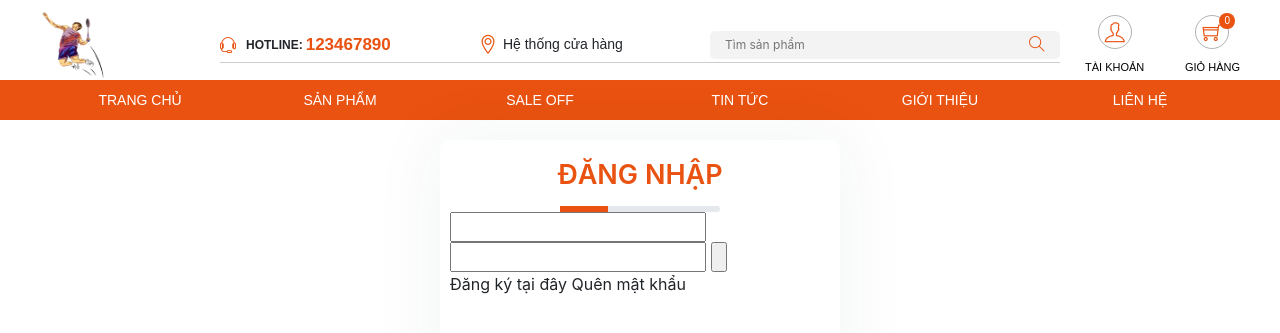
Repository: Namtran3107/CauLongSo1
Page: login.html
An editor plug-in stored every save of this project. The page is shown before and after the next save, followed by the edit.
The browser window is 1280 px wide. The pictures show the whole page.

Above is the page before, as saved 2022-12-11 14:16:17.

### login.html
<!DOCTYPE html>
<html lang="en">
<head>
    <meta charset="UTF-8">
    <meta http-equiv="X-UA-Compatible" content="IE=edge">
    <meta name="viewport" content="width=device-width, initial-scale=1.0">
    <link rel="stylesheet" href="./index.css">
    <link rel="stylesheet" href="./login.css">
    <link rel="stylesheet" href="./themify-icons-font/themify-icons/themify-icons.css">
    <link rel="stylesheet" href="https://stackpath.bootstrapcdn.com/bootstrap/4.3.1/css/bootstrap.min.css" integrity="sha384-ggOyR0iXCbMQv3Xipma34MD+dH/1fQ784/j6cY/iJTQUOhcWr7x9JvoRxT2MZw1T" crossorigin="anonymous">
    <title>Cau Long So 1</title>
</head>
<body>
    <div id="body-all-website">
        <div id="body-width-all">
            <div id="header-website-top">
                <div class="header-website">
                    <div class="header-logo-and-account-all">
                        <a href="" class="header-logo-website">
                            <img src="./img/pngtree-badminton-fitness-little-boy-image_1289549.png" alt="" class="header-logo">
                        </a>
                        <div class="header-phone-location-search">
                            <div class="header-phone-location-search-list">
                                <div class="header-phone-number">
                                    <div class="header-logo-number"><div class="ti-headphone-alt"></div></div>
                                    <div class="header-content-phone-number">HOTLINE: </div>
                                    <div class="header-phone-number-item">123467890</div>
                                </div>
                                <div class="header-location-store">
                                    <div class="header-logo-location"><div class="ti-location-pin"></div></div>
                                    <div class="header-content-location">Hệ thống cửa hàng</div>
                                </div>
                                <div class="header-search-product">
                                    <input type="text" name="" id="" class="header-input-search" placeholder="Tìm sản phẩm">
                                    <a href="" class="header-logo-search"><div class="ti-search"></div></a>
                                    <div class="header-input-history-all">
                                        <div class="header-input-history-list">
                                            <div class="header-input-history-content">
                                                <div class="header-input-history-name-content">Tìm kiếm gần đây</div>
                                            </div>
                                            <div class="header-input-history-item">
                                                <a href="" class="input-history-img"><img src="./img/history.PNG" alt=""></a>
                                                <div class="input-history-name-procduc-and-price">
                                                    <a href="" class="input-history-name-procduc"><div>Giày cầu lông trẻ em Kumpoo KH-F07J xanh chính hãng</div></a>
                                                    <div class="input-history-product-price">690.000 ₫</div>
                                                </div>
                                                <a href="" class="input-history-delete"><div class="ti-close"></div></a>
                                            </div>
                                            <div class="header-input-history-item">
                                                <a href="" class="input-history-img"><img src="./img/history.PNG" alt=""></a>
                                                <div class="input-history-name-procduc-and-price">
                                                    <a href="" class="input-history-name-procduc"><div>Giày cầu lông trẻ em Kumpoo KH-F07J xanh chính hãng</div></a>
                                                    <div class="input-history-product-price">690.000 ₫</div>
                                                </div>
                                                <a href="" class="input-history-delete"><div class="ti-close"></div></a>
                                            </div>
                                            <div class="header-input-history-item">
                                                <a href="" class="input-history-img"><img src="./img/history.PNG" alt=""></a>
                                                <div class="input-history-name-procduc-and-price">
                                                    <a href="" class="input-history-name-procduc"><div>Giày cầu lông trẻ em Kumpoo KH-F07J xanh chính hãng</div></a>
                                                    <div class="input-history-product-price">690.000 ₫</div>
                                                </div>
                                                <a href="https://www.facebook.com/" class="input-history-delete"><div class="ti-close"></div></a>
                                            </div>
                                        </div>
                                    </div>
                                </div>
                            </div>
                        </div>
                        <div class="header-account-website">
                            <div class="account-header-list">
                                <div class="account-website">
                                    <div class="logo-account-website">
                                        <div class="ti-user"></div>
                                        <div class="content-account-website content-account-website-color">TÀI KHOẢN</div>
                                        <div class="account-login-and-register">
                                            <a href="" class="account-login-register-list">
                                                <div class="account-login-register-logo"><div class="ti-share"></div></div>
                                                <div class="ccount-login-register-content">Đăng nhập</div>
                                            </a>
                                            <a href="" class="account-login-register-list">
                                                <div class="account-login-register-logo"><div class="ti-share-alt"></div></div>
                                                <div class="ccount-login-register-content">Đăng ký</div>
                                            </a>
                                        </div>
                                    </div>
                                    <div class="cart-website-header">
                                        <a href="" class="cart-website">
                                            <div class="ti-shopping-cart"></div>
                                            <div class="content-cart-website content-account-website-color">GIỎ HÀNG</div>
                                        </a>
                                        <div class="cart-list">
                                            <div class="cart-list-son">
                                                <div class="cart-list-logo"><div class="ti-bag"></div></div>
                                                <span class="cart-list-text">Không có sản phẩm nào trong giỏ hàng của bạn</span>
                                            </div>
                                        </div>
                                    </div>
                                </div>
                            </div>
                        </div>
                    </div>
                    <div class="header-menu-website">
                        <ul class="menu-website-list">
                            <li><a href="./index.html" class="menu-website-item">TRANG CHỦ</a></li>
                            <li><a href="./product.html" class="menu-website-item">SẢN PHẨM</a></li>
                            <li><a href="./saleoff.html" class="menu-website-item">SALE OFF</a></li>
                            <li><a href="./news.html" class="menu-website-item">TIN TỨC</a></li>
                            <li><a href="./recomend.html" class="menu-website-item">GIỚI THIỆU</a></li>
                            <li><a href="./contact.html" class="menu-website-item">LIÊN HỆ</a></li>
                        </ul>
                    </div>
                </div>
            </div>
            <div id="body-website-login">
                <div class="body-website-login-list">
                    <div class="body-website-login-item">
                        <div class="table-login-list">
                            <div class="login-content-list">
                                <span class="login-content-header">ĐĂNG NHẬP</span>
                                <span class="decor"></span>
                            </div>
                            <div class="login-input-list">
                                <input type="text" class="login-input-item">
                                <input type="text" class="login-input-item">
                                <input type="button" class="login-input-item">
                            </div>
                            <div class="login-input-text-list">
                                <span class="login-input-text-item">Đăng ký tại đây</span>
                                <span class="login-input-text-item">Quên mật khẩu</span>
                            </div>
                        </div>
                    </div>
                </div>
            </div>
        </div>
    </div>
</body>
</html>

### index.css
ul, body{
    padding: 0;
    margin: 0;
}
li{
    list-style-type: none;
}
a{
    text-decoration: none;
}
:root {
    --color-website: #e95211;
}
body::-webkit-scrollbar{
    width: 10px;
}
body::-webkit-scrollbar-thumb{
    border-radius: 100px;
    background-image: linear-gradient(to bottom, var(--color-website), #fcaf17);
}
body::-webkit-scrollbar-track{
    border-radius: 100rem;
}
/* HEADER ***********/
#header-website-top{
    width: 100%;
    margin: 0 auto;
}
.header-website{
    margin-top: 10px;
}
.header-logo{
    width: 70px;
    height: 70px;
}
.menu-website-list{
    width: 1200px;
    height: 100%;
    margin: 0 auto;
    display: flex;
    margin-bottom: 0;
}
.menu-website-list li{
    width: calc(100% / 6);
    height: 100%;
    display: flex;
    align-items: center;
    justify-content: center;
}
.menu-website-item{
    width: 100%;
    padding: 12px 0;
    font-size: 14px;
    color: white;
    font-family: sans-serif;
    text-align: center;
    transition: 0.3s linear;
    text-decoration: none;
}
.menu-website-item:hover{
    color: var(--color-website);
    text-decoration: none;
    background-color: white;
}
.header-phone-location-search{
    display: flex;
    height: 35px;
    width: 70%;
    border-bottom: 1px solid rgb(0, 0, 0, 0.2);
}
.header-phone-number{
    display: flex;
    align-items: center;
}
.header-logo-number, .header-phone-number-item,
.header-logo-location, .header-logo-search{
    color: var(--color-website);
}
.header-phone-location-search-list{
    display: flex;
    justify-content: space-between;
    align-items: center;
    width: 100%;
}
.header-content-phone-number{
    font-size: 12px;
    font-family: sans-serif;
    font-weight: 600;
    margin-left: 10px;
}
.header-phone-number-item{
    font-size: 17px;
    font-weight: 600;
    font-family: sans-serif;
    margin-left: 3px;
}
.header-location-store{
    display: flex;
}
.header-logo-location{
    font-size: 20px;
}
.header-content-location{
    font-size: 14px;
    font-family: sans-serif;
    font-weight: 500;
    margin-left: 5px;
}
.header-search-product{
    display: flex;
    position: relative;
}
.header-input-search{
    font-size: 12px;
    outline: none;
    border: transparent;
    background-color: #f3f3f3;
    width: 350px;
    padding: 5px 0px 5px 15px;
    border-radius: 5px;
}
.header-logo-search{
    position: absolute;
    top: 5px;
    right: 0;
    font-weight: 600;
    padding: 0px 15px 0 10px;
    text-decoration: none;
}
.header-logo-search:hover{
    text-decoration: none;
    color: var(--color-website);
}
.header-logo-website, .header-account-website{
    width: 15%;
}
.header-menu-website{
    width: 100%;
    height: 40px;
    background-color: var(--color-website);
}
.ti-user, .ti-shopping-cart{
    font-size: 20px;
    color: var(--color-website);
    padding: 6px;
    border-radius: 50%;
    border: 1px solid rgb(0, 0, 0, 0.3);
}
.account-header-list{
    display: flex;
    height: 100%;
    align-items: center;
}
.account-website{
    display: flex;
    justify-content: space-between;
    width: 100%;
    margin-left: 25px;
}
.logo-account-website, .cart-website{
    display: flex;
    flex-direction: column;
    align-items: center;
    position: relative;
    text-decoration: none;
}
.account-login-and-register::after{
    position: absolute;
    content: "";
    width: 100%;
    height: 30px;
    top: -20px;
    left: 0;
    right: 0;
}
.logo-account-website:hover{
    cursor: pointer;
}
.logo-account-website:hover .content-account-website-color{
    color: var(--color-website);
}
.logo-account-website:hover .account-login-and-register{
    display: block;
}
.account-login-and-register{
    position: absolute;
    width: 140px;
    height: 60px;
    top: 100%;
    background-color: white;
    z-index: 2;
    border-radius: 5px;
    margin-top: 7px;
    display: none;
}.account-login-and-register::before{
    position: absolute;
    content: "";
    border: 9px solid;
    border-color: transparent transparent var(--color-website) transparent;
    top: -18px;
    left: 50%;
    transform: translateX(-50%);
}
.account-login-register-list:hover{
    background-color: var(--color-website);
    color: white;
    text-decoration: none;
}
.account-login-register-list{
    display: flex;
    height: 50%;
    justify-content: center;
    align-items: center;
    border-radius: 5px;
    color: black;
    transition: 0.2s linear;
}
.account-login-register-logo{
    font-size: 17px;
}
.ccount-login-register-content{
    font-size: 14px;
    font-family: sans-serif;
    margin-left: 5px;
}
.cart-website:hover{
    text-decoration: none;
}
.cart-website::before{
    position: absolute;
    content: "0";
    color: white;
    font-size: 10px;
    font-family: sans-serif;
    background-color: var(--color-website);
    padding: 0.7px 5px;
    border-radius: 50%;
    top: -2px;
    right: 5px;
}
.content-account-website, .content-cart-website{
    font-size: 11px;
    font-family: sans-serif;
    color: black;
    margin-top: 10px;
}
.header-logo-and-account-all{
    display: flex;
    justify-content: space-between;
    align-items: center;
    width: 1200px;
    margin: 0 auto;
}
.header-input-search:focus ~ .header-input-history-all{
    display: block;
}
.header-input-history-all{
    position: absolute;
    top: calc(100% + 5px);
    left: 0;
    right: 0;
    bottom: 0;
    width: 100%;
    z-index: 5;
    display: none;
}
.header-input-history-list{
    background-color: white;
    padding: 10px;
    height: 320px;
    box-shadow: 0px 4px 5px;
    border-radius: 10px;
}
.input-history-img img{
    width: 70px;
    height: 70px;
}
.header-input-history-name-content{
    font-size: 17px;
    font-family: sans-serif;
    font-weight: 600;
    opacity: 0.8;
    padding-bottom: 3px;
    border-bottom: 1px solid rgb(0, 0, 0, 0.2);
}
.header-input-history-item{
    display: flex;
    align-items: center;
    margin-top: 10px;
    padding: 5px;
}
.input-history-name-procduc-and-price{
    padding: 5px;
}
.input-history-name-procduc{
    font-size: 14px;
    font-family: sans-serif;
    color: #000;
}
.input-history-name-procduc div{
    line-height: 18px;
}
.input-history-name-procduc:hover{
    color: var(--color-website);
    text-decoration: none;
}
.input-history-product-price{
    font-size: 15px;
    font-weight: 600;
    color: red;
}
.input-history-delete{
    color: #000;
    padding: 7px;
    border-radius: 50%;
}
.input-history-delete:hover{
    color: black;
    opacity: 0.7;
    text-decoration: none;
    background-color: rgb(231, 231, 231);
}
.cart-website-heade{
    position: relative;
}
.cart-list{
    position: absolute;
    width: 340px;
    top: 100%;
    right: 0;
    background-color: white;
    z-index: 5;
    border-radius: 5px;
    box-shadow: 0px 0px 1px black;
    display: none;
}
.cart-website-header{
    position: relative;
}
.cart-website-header:hover .cart-list{
    display: block;
}
.cart-list::before{
    position: absolute;
    content: "";
    top: -15px;
    right: 0;
    left: 0;
    height: 20px;
}
.cart-list-son{
    display: flex;
    flex-direction: column;
    align-items: center;
    padding: 15px 5px;
}
.ti-bag{
    font-size: 80px;
    color: black;
    opacity: 0.7;
}
.cart-list-text{
    font-size: 13px;
    font-family: sans-serif;
    color: black;
    margin-top: 20px;
}
/* Body************************* */
#body-product{
    width: 1200px;
    margin: 0 auto;
}
.content-new-product{
    margin: 30px 0;
    text-align: center;
}
.name-content-news{
    color: var(--color-website);
    font-size: 27px;
    font-family: sans-serif;
    font-weight: 600;
}
.name-content-news:hover{
        color: var(--color-website);
        text-decoration: none;
}
.product-new-item-box{
    padding: 15px 10px 10px;
    display: flex;
    flex-direction: column;
    width: 100%;
    height: 300px;
}
.product-trailer-new-background{
    background-color: #fcaf17;
    border-radius: 10px;
}
.product-new-item-box-img{
    width: 100%;
    height: 210px;
    overflow: hidden;
}
.product-new-item-img-item{
    width: 196px;
    height: 100%;
    transition: 0.2s linear;
}
.product-new-item-img-item:hover{
    transform: scale(1.2);
}
.product-trailer-new-list-all{
    padding: 30px 20px 0;
}
.product-trailer-new-list{
    margin: 0;
    display: flex;
    overflow-x: scroll;
    border-radius: 5px;
    padding-bottom: 7px;
    cursor: grab;
}
.product-trailer-new-list::-webkit-scrollbar{
	background-color: #fcaf17;
    width: 5px;
}
.product-trailer-new-list::-webkit-scrollbar-track{
	border-radius: 10px;
	background-color: #fcaf17;
}
.product-trailer-new-list::-webkit-scrollbar-thumb{
	border-radius: 10px;
	background-image: linear-gradient(to bottom, var(--color-website), #fcaf17);
}
.product-trailer-new-item{
    height: auto;
    background-color: white;
    margin-left: 20px;
    border-radius: 5px;
    width: calc(calc(100% / 5));
}
.product-trailer-new-item:first-child{
    margin-left: 0;
}
.product-new-item-box-name{
    font-size: 14px;
    font-family: sans-serif;
    text-decoration: none;
    color: black;
}
.product-new-item-box-name:hover{
    text-decoration: none;
    color: var(--color-website) !important;
}
.product-new-item-box-prices{
    color: red;
    font-size: 15px;
    margin-top: 7px;
    font-weight: 600;
}
/* Product-link ******************* */
#body-product-list-all{
    margin-top: 20px;
}
.product-link-box{
    width: 100%;
    z-index: 5;
    position: relative;
}
.product-link-item{
    margin-left: 20px;
    width: calc(calc(100% / 4) - 20px);
    margin-top: 15px;
    overflow: hidden;
    position: relative;
    border-radius: 5px;
}
.product-link-box-img{
    width: 100%;
    height: 100%;
    transform: scale(1.1);
    transition: 0.2s linear;
}
.product-link-box-background:hover .product-link-box-img{
    transform: scale(1);
}
.product-link-box-background:hover::after{
    display: block;
    opacity: 0.8;
}
.product-link-box-background:hover::before{
    display: block;
    opacity: 0.6;
}
.product-link-box-background:hover .product-link-content-box{
    background-color: var(--color-website);
}
.product-link-box-background::before{
    position: absolute;
    content: "";
    top: 0;
    left: 0;
    right: 0;
    bottom: 0;
    background-color: white;
    z-index: 3;
    display: none;
}
.product-link-box-background::after{
    position: absolute;
    content: "";
    top: 0;
    left: 0;
    right: 0;
    bottom: 0;
    transform: skew(-10deg) rotate(-10deg) translateY(47%);
    background-color: var(--color-website);
    z-index: 5;
    display: none;
}
.product-link-list-item{
    display: flex;
    margin-left: -20px;
    flex-wrap: wrap;
}
.product-link-box-background{
    width: 100%;
}
.product-link-content-box{
    z-index: 8;
    position: absolute;
    top: 40%;
    left: 50%;
    width: 220px;
    height: 40px;
    background-color: rgba(233,82,17,0.85);
    display: flex;
    justify-content: center;
    align-items: center;
    transform: skew(-10deg) rotate(-10deg) translate(-50%, -50%);
}
.product-link-content-box:hover{
    text-decoration: none;
}
.product-link-content{
    font-size: 22px;
    font-family: sans-serif;
    color: white;
}
.product-sale-off-content{
    margin: 30px 0;
    text-align: center;
}
.sale-off-name-content{
    color: var(--color-website);
    font-size: 30px;
    font-family: sans-serif;
    padding-bottom: 10px;
}
.sale-off-name-content:hover{
    color: var(--color-website);
    text-decoration: none;
}
.product-sale-off-item{
    width: calc(calc(100% / 3) - 20px);
    margin-left: 20px;
}
.product-sale-off-img{
    width: 100%;
}
.product-sale-off-list{
    display: flex;
    margin-left: -20px;
}
.news-paper-content{
    margin: 30px 0;
    text-align: center;
}
.news-paper-name-content{
    color: var(--color-website);
    font-size: 28px;
    font-family: sans-serif;
    padding-bottom: 10px;
}
.news-paper-name-content:hover{
    color: var(--color-website);
    text-decoration: none;
}
.news-paper-list{
    width: calc(calc(100% / 4) + 20px);
    position: relative;
    display: flex;
    flex-direction: column;
    align-items: center;
    height: 330px;
    margin-left: 20px;
}
.news-paper-list:first-child{
    margin-left: 0;
}
.news-paper-img{
    width: 100%;
    transition: 0.25s linear;
}
.news-paper-img:hover{
    transform: scale(1.05);
}
.news-paper-list-all{
    display: flex;
    justify-content: center;
}
.news-paper-list-all-son{
    display: flex;
    overflow-x: scroll;
    overflow-y: hidden;
    padding-bottom: 7px;
    cursor: grab;
}
.news-paper-list-all-son::-webkit-scrollbar-track
{
	border-radius: 10px;
	background-color: #F5F5F5;
}

.news-paper-list-all-son::-webkit-scrollbar
{
	width: 10px;
	background-color: #F5F5F5;
}

.news-paper-list-all-son::-webkit-scrollbar-thumb
{
	border-radius: 10px;
	background-color: rgb(85, 85, 85, 0.6);
}
.news-paper-recommend{
    position: absolute;
    top: 46%;
    width: 90%;
    background-color: white;
    box-shadow: 0px 1px 5px var(--color-website);
}
.news-paper-recommend-son{
    padding: 7px 15px;
    display: flex;
    flex-direction: column;
    align-items: center;
    position: relative;
}
.news-paper-recommend-header{
    font-size: 16px;
    font-weight: 600;
    font-family: sans-serif;
    overflow: hidden;
    text-overflow: ellipsis;
    line-height: 25px;
    -webkit-line-clamp: 2;
    height: 50px;
    display: -webkit-box;
    -webkit-box-orient: vertical;
    opacity: 0.9;
    color: black;
}
.news-paper-recommend-header:hover{
    color: var(--color-website);
    text-decoration: none;
}
.news-paper-item{
    width: 285px;
    box-shadow: 0px 1px 2px 0px black;
    overflow: hidden;
}
.news-paper-recommend-son::after{
    position: absolute;
    content: "";
    left: 0;
    right: 0;
    top: 75px;
    margin: 0 15px;
    border: 1px solid var(--color-website);
}
.news-paper-recommend-day-time{
    color: white;
    background-color: var(--color-website);
    font-size: 12px;
    font-family: sans-serif;
    padding: 2px 7px;
    border-radius: 50px;
    margin-top: 7px;
    z-index: 5;
}
.news-paper-recommend-text{
    font-size: 14px;
    font-family: sans-serif;
    opacity: 0.8;
}
#body-news-paper{
    height: 420px;
}
/********* FOOTER ********/
#footer-website-bottom{
    margin-top: 40px;
    background-color: #222222;
}
#footer-website-all{
    width: 1200px;
    margin: 0 auto;
    padding: 30px 0;
    line-height: 20px;
}
.footer-website-list{
    display: flex;
}
.footer-website-item{
    width: calc(calc(100% / 4) - 20px);
    margin-left: 20px;
}
.footer-website-item:first-child{
    margin-left: 0;
}
.footer-website-item-header, .footer-website-item-contact-bold,
.footer-website-item-last, .footer-website-item-contact-text{
    color: white;
}
.footer-website-item-bold-first, .footer-website-item-contact-color,
.footer-website-item-location{
    color: var(--color-website);
}
.footer-website-item-header{
    font-size: 14px;
    font-family: sans-serif;
    letter-spacing: 1px;
}
.footer-website-item-bold-first{
    font-size: 15px;
    font-family: sans-serif;
    line-height: 20px;
}
.footer-item-text-son{
    margin-top: 10px;
    line-height: 20px;
}
.footer-website-item-contact-bold{
    font-size: 14px;
    font-family: sans-serif;
    font-weight: 600;
}
.footer-website-item-contact-color{
    font-size: 14px;
}
.footer-website-item-contact-color:hover{
    color: var(--color-website);
    text-decoration: none;
}
.footer-website-item-contact-text, .footer-website-item-last{
    font-size: 14px;
    font-family: sans-serif;
}
.footer-website-item-location{
    font-size: 16px;
    font-family: sans-serif;
    font-weight: 600;
}
.footer-website-item-location:hover{
    color: var(--color-website);
    text-decoration: none;
}
.footer-website-item-contact{
    margin-top: 10px;
    line-height: 20px;
}
.footer-website-item-text-a{
    font-size: 14px;
    font-family: sans-serif;
    color: white;
}
.footer-website-item-text-a:hover{
    color: var(--color-website);
    text-decoration: none;
}
.footer-website-item-text-li{
    list-style-type: disc;
    color: white;
    margin: 10px 0 0 20px;
    line-height: 20px;
}
.footer-website-item-text-li:hover{
    color: var(--color-website);
}
.footer-website-item-contact-icon{
    color: white;
    padding: 6px;
    border: 1px solid white;
    border-radius: 50%;
}
.footer-website-item-contact-icon:hover{
    color: var(--color-website);
    text-decoration: none;
    border-color: var(--color-website);
}
.footer-website-item-contact-icon:last-child{
    margin-left: 15px;
}
.footer-website-item-contact:last-child{
    display: flex;
    margin-top: 20px;
}

### login.css
:root {
    --color-website: #e95211;
}
.body-website-login-list{
    width: 1200px;
    margin: 0 auto;
}
.body-website-login-item{
    width: 400px;
    height: 340px;
    margin: 20px auto 0;
    background-color: #fff;
    box-shadow: 0px 1px 69.16px 6.84px rgb(20 64 51 / 5%);
    border-radius: 10px;
}
.table-login-list{
    padding: 15px 10px 0;
}
.login-content-list{
    display: flex;
    flex-direction: column;
    align-items: center;
}
.login-content-header{
    color: var(--color-website);
    font-size: 27px;
    font-weight: 600;
}
.decor{
    position: relative;
    width: 160px;
    height: 6px;
    background-color: #e5e9ed;
    border-radius: 10px;
    margin-top: 10px;
}
.decor::before{
    content: "";
    position: absolute;
    width: 30%;
    height: 100%;
    background-color: var(--color-website);
}

Loaded but not shown: themify-icons-font/themify-icons/themify-icons.css (common file)

After the next save:
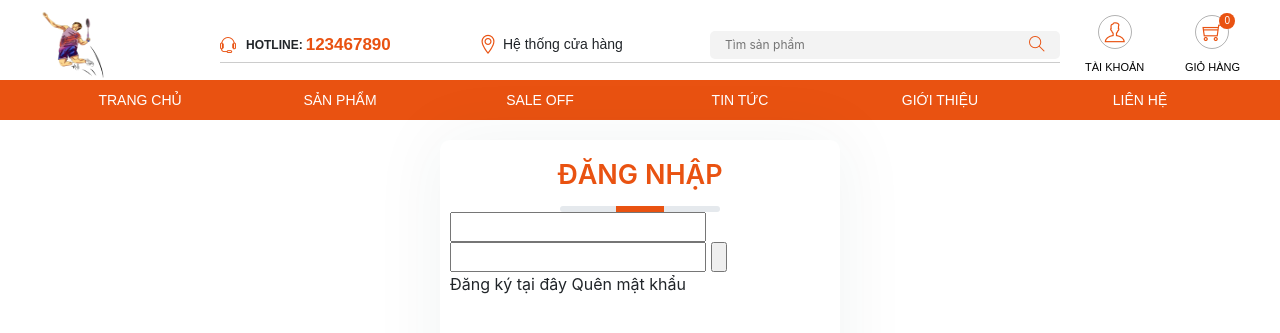
Saved 25 s later.
--- a/login.css
+++ b/login.css
@@ -39,5 +39,7 @@
     position: absolute;
     width: 30%;
     height: 100%;
+    left: 50%;
+    transform: translateX(-50%);
     background-color: var(--color-website);
 }
